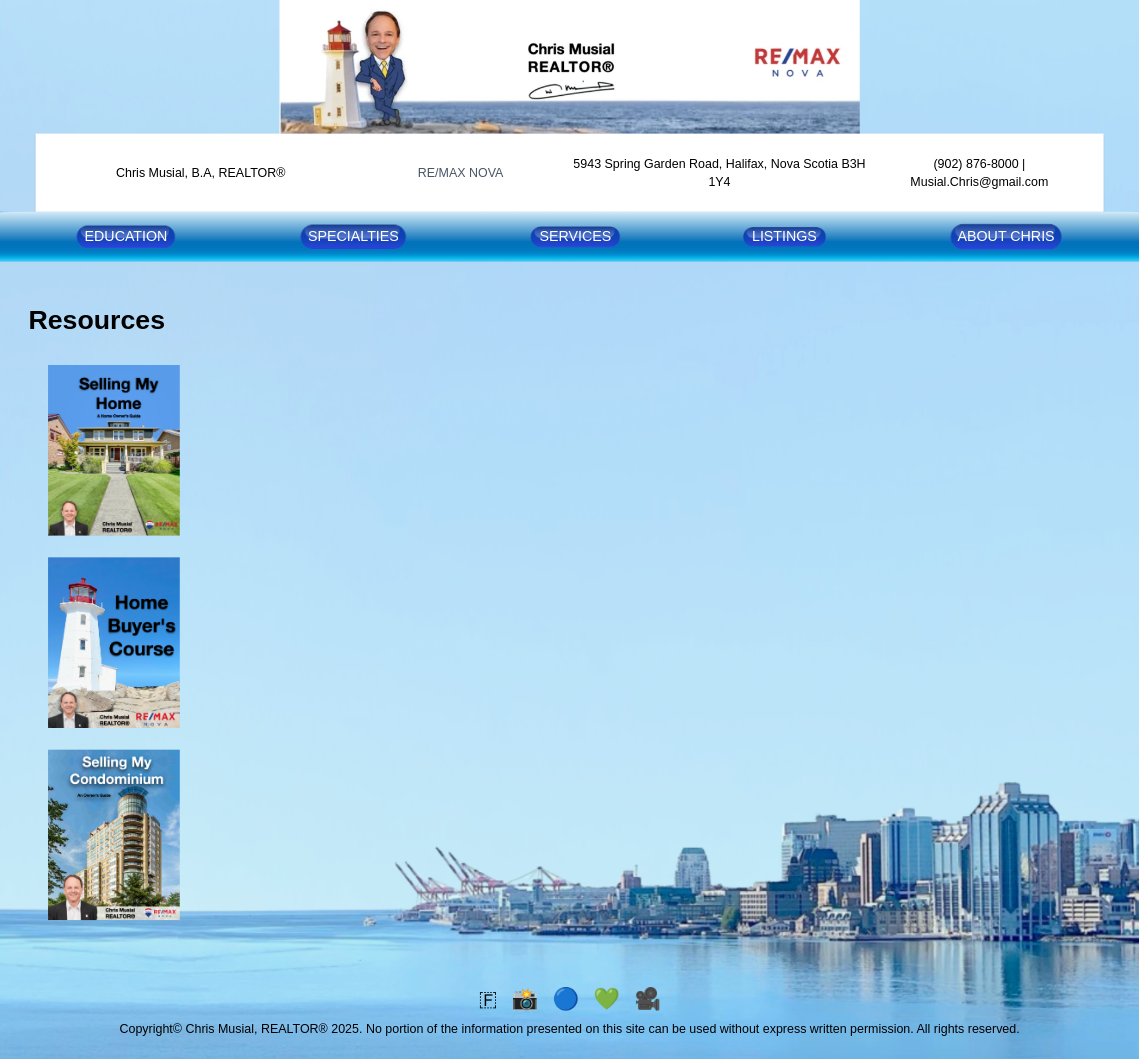
Repository: TMuse333/father-website
Page: / (app in frontend/)
An editor plug-in stored every save of this project. The page is shown before and after the next save, followed by the edit.
The browser window is 1280 px wide. The pictures show the whole page, at 89% of full size.
The project was rebuilt for these pictures with package versions that can differ from the ones it lists, and the page was loaded fresh each time. The framework's server and built-in components were replaced by stand-ins that run in the browser. Also part of the build but not shown: frontend/next.config.ts.

Above is the page before, as saved 2025-05-20 20:07:37.

After the next save:
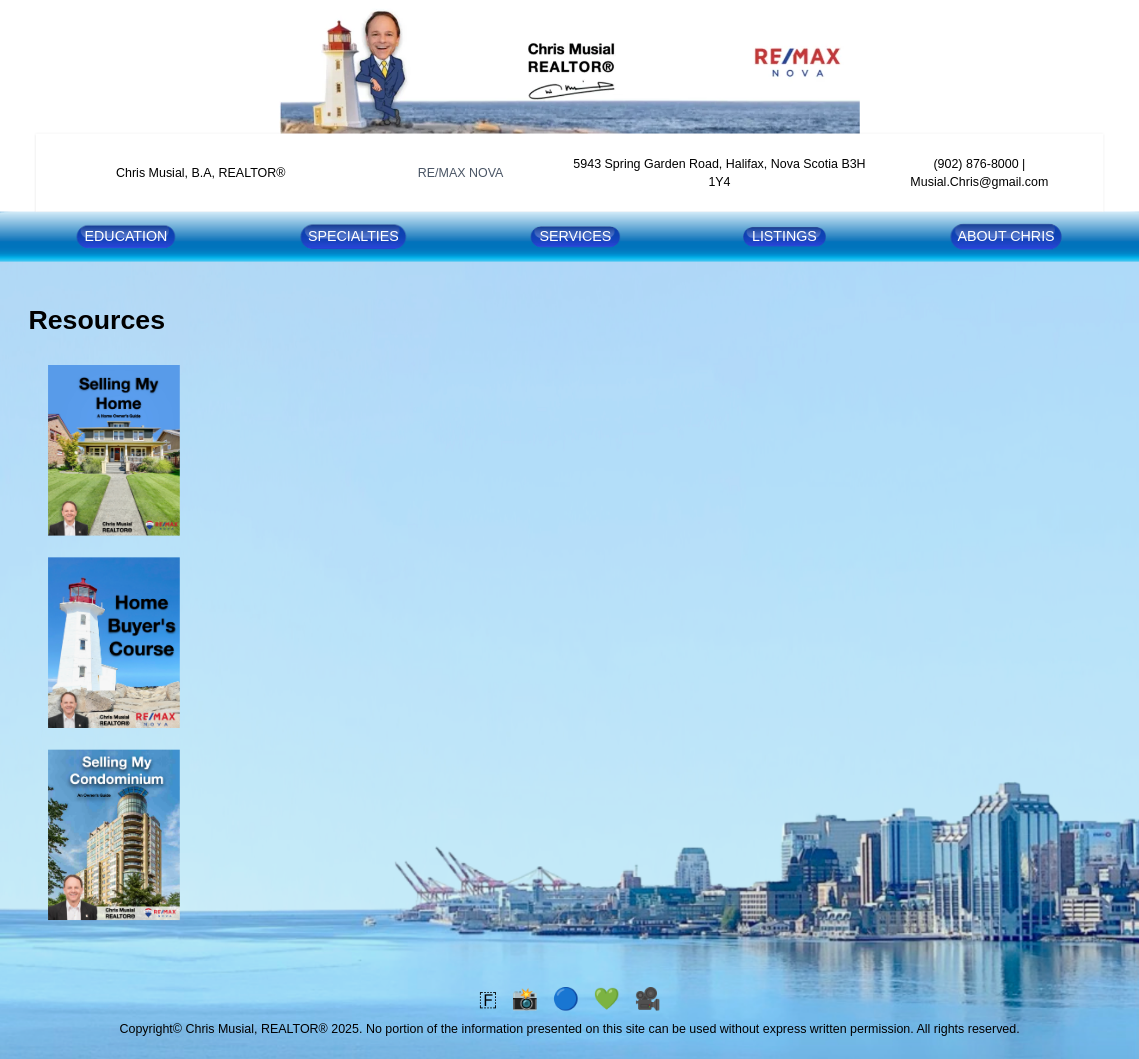
Saved 12 s later.
--- a/frontend/src/app/page.tsx
+++ b/frontend/src/app/page.tsx
@@ -25,7 +25,7 @@
       />
 
       {/* Header Section */}
-      <header className="relative z-10">
+      <header className="relative z-10 bg-white">
         <div className="relative w-full h-[150px]">
           <Image
             src="/father-header.webp"
